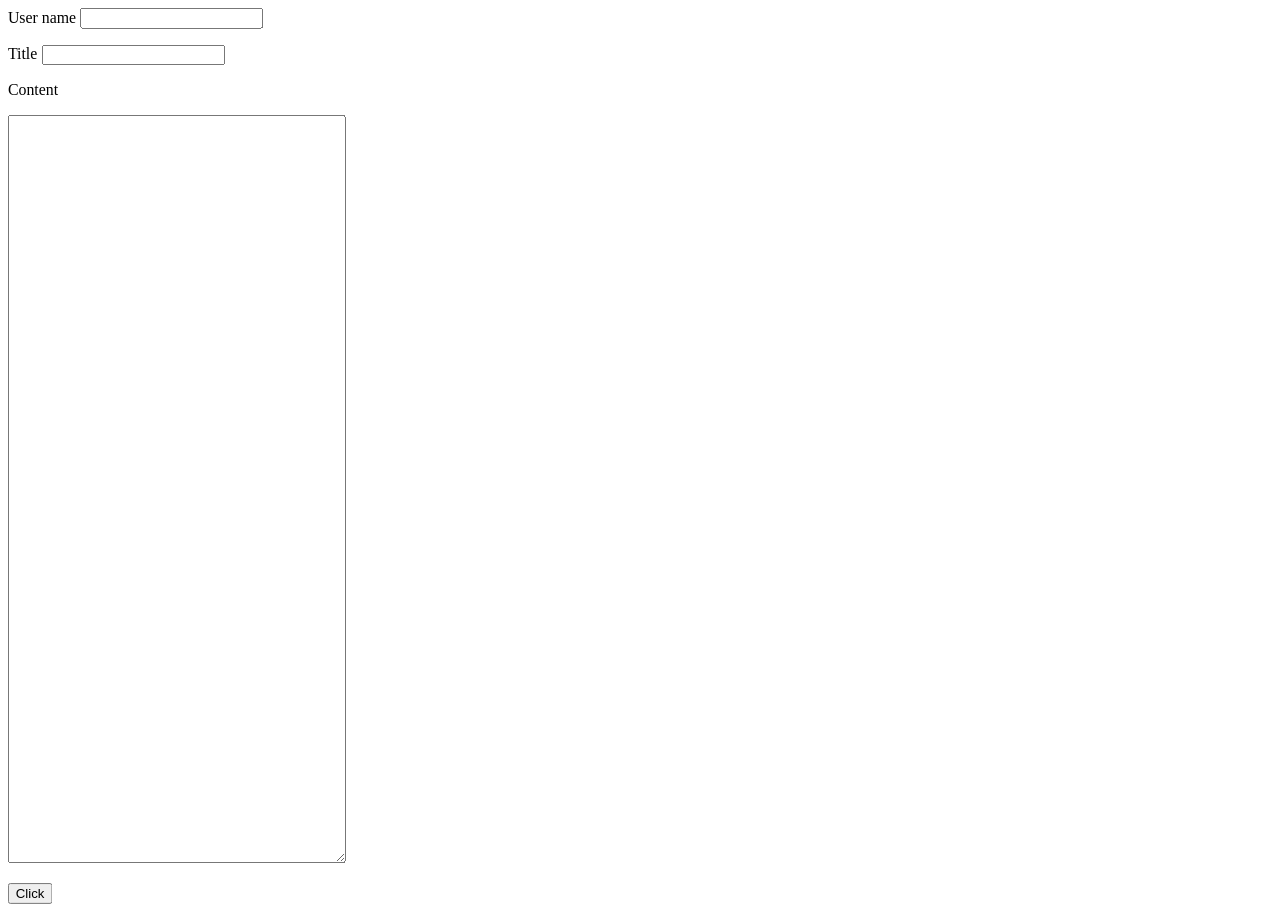
Repository: estellechoi/jsp-tutorials
Page: Tutorial/WebContent/input.html
The author's editor kept a copy of each file at every save. The page is drawn from the files as they stood at one save, then again after the next save.
The browser window is 1280 px wide. The pictures show the whole page, at 99% of full size.

Above is the page before, as saved 2019-06-11 05:16:47.

### Tutorial/WebContent/input.html
<!DOCTYPE html>
<html>
<head>
<meta charset="EUC-KR">
<title>Insert title here</title>
</head>
<body>
<form action="input.jsp" method="post">
User name <input type="text" id="user"> <p></p>
Title <input type="text" id="tilte"> <p></p>
Content <p></p>
<textarea name="" id="content" cols="40" rows="50"></textarea>
<p></p>
<input type="submit" value="Click">
</form>

</body>
</html>

After the next save:
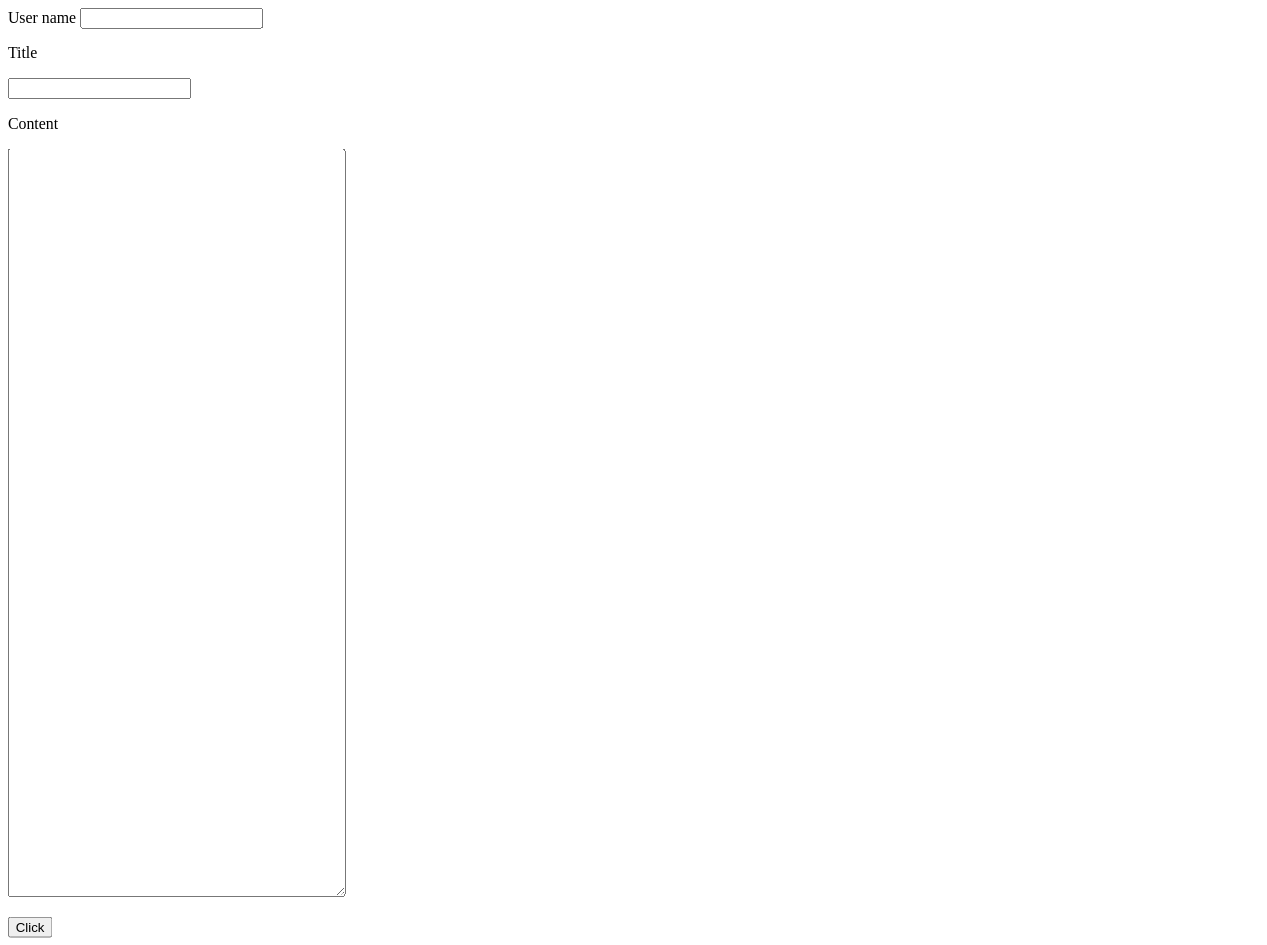
Saved 17 s later.
--- a/Tutorial/WebContent/input.html
+++ b/Tutorial/WebContent/input.html
@@ -7,7 +7,8 @@
 <body>
 <form action="input.jsp" method="post">
 User name <input type="text" id="user"> <p></p>
-Title <input type="text" id="tilte"> <p></p>
+Title <p></p>
+<input type="text" id="tilte"> <p></p>
 Content <p></p>
 <textarea name="" id="content" cols="40" rows="50"></textarea>
 <p></p>
